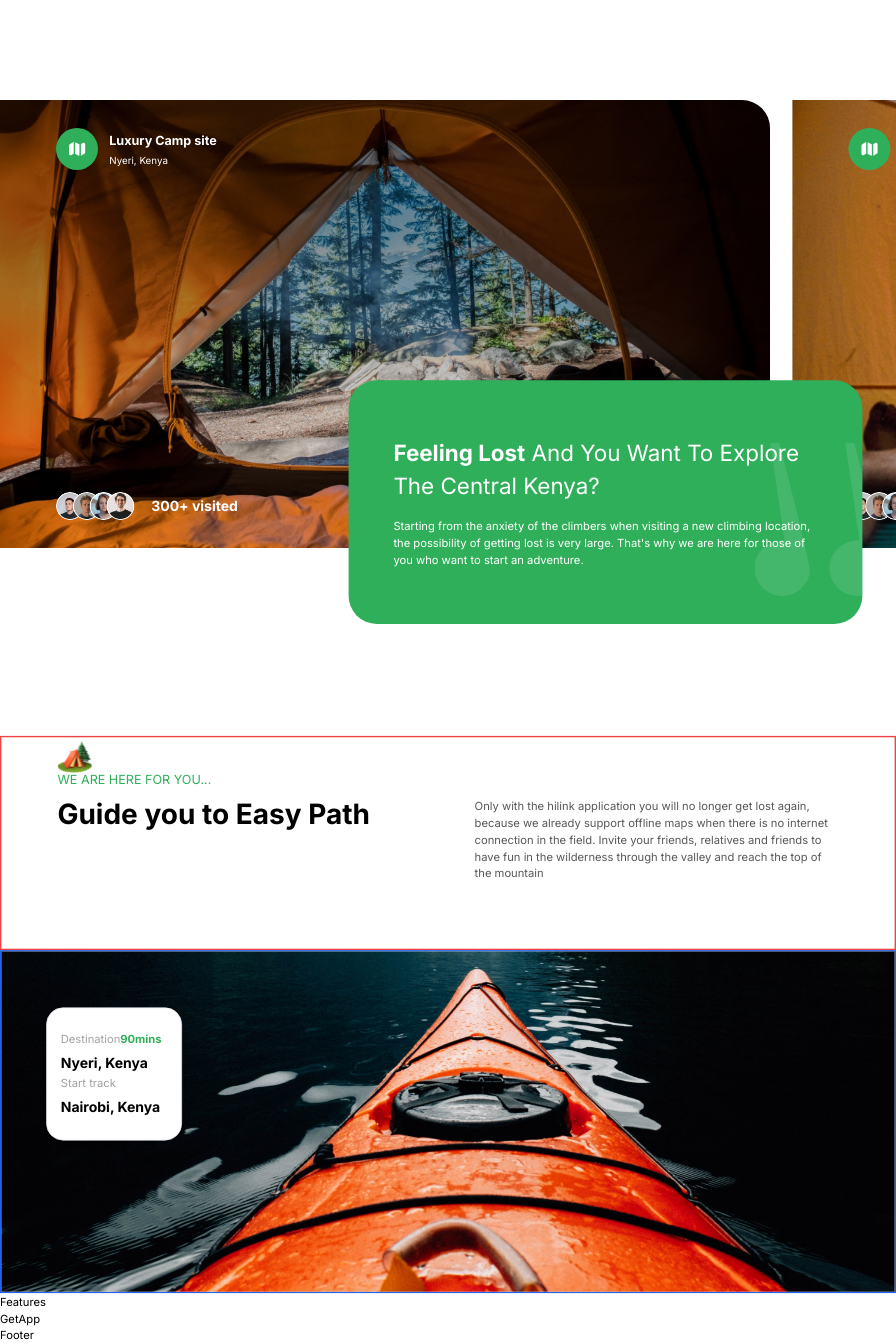
Repository: martin-raphael/travel_agency
Page: /
An editor plug-in stored every save of this project. The page is shown before and after the next save, followed by the edit.
The browser window is 1280 px wide. The pictures show the part of the page from y = 775 to 2695 px (the page is 2695 px tall), at 70% of full size.
The project was rebuilt for these pictures with package versions that can differ from the ones it lists, and the page was loaded fresh each time. The framework's server and built-in components were replaced by stand-ins that run in the browser. Also part of the build but not shown: next.config.mjs.

Above is the page before, as saved 2024-08-09 00:28:44.

After the next save:
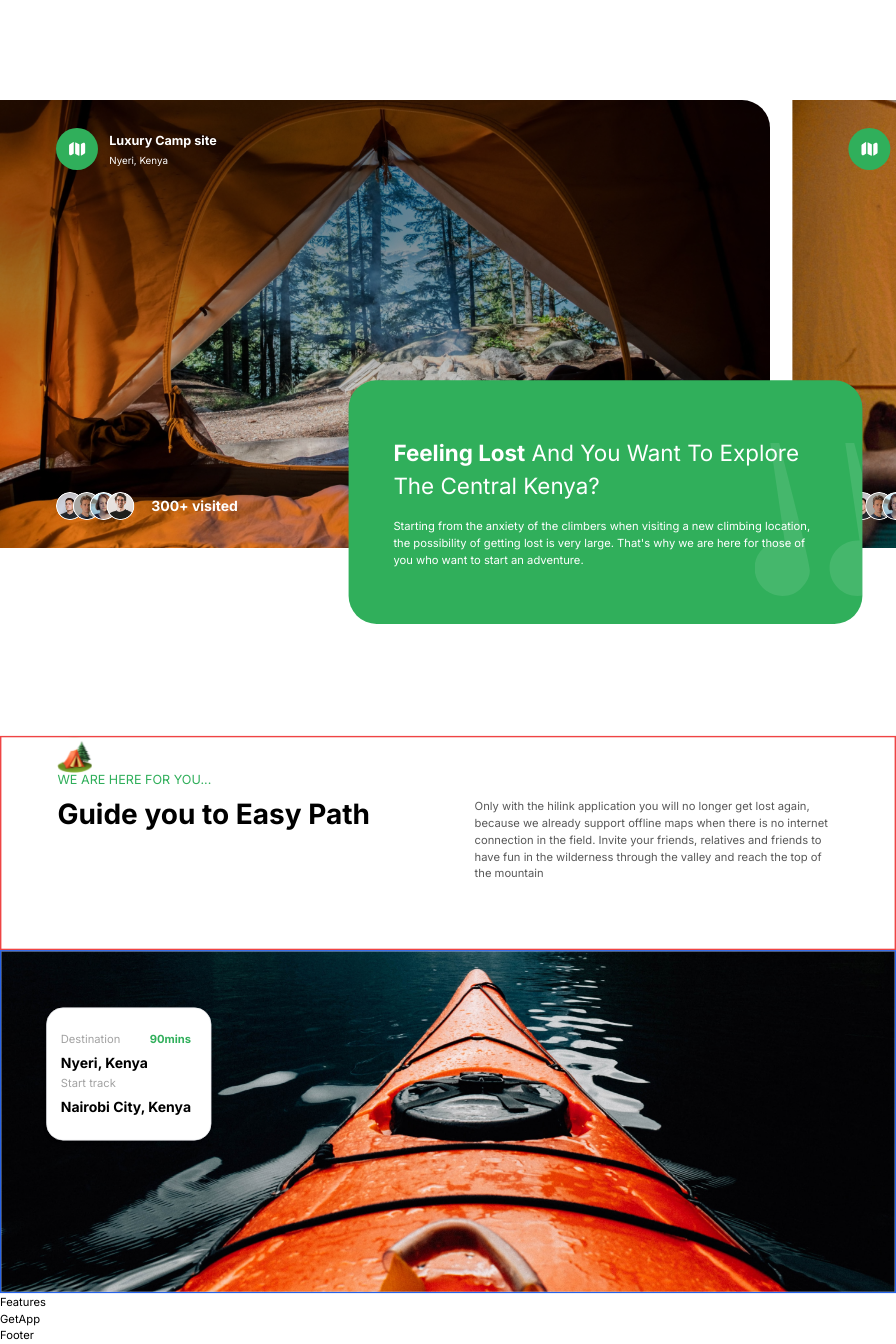
Saved 34 s later.
--- a/components/Guide.tsx
+++ b/components/Guide.tsx
@@ -43,7 +43,7 @@ const Guide = () => {
               </div>
               <div className="flex w-full flex-col">
                   <p className="regular-16 text-gray-20">Start track </p>
-                  <h4 className="bold-20 mt-2 whitespace-nowrap"> Nairobi, Kenya</h4>
+                  <h4 className="bold-20 mt-2 whitespace-nowrap"> Nairobi City, Kenya</h4>
               </div>
           </div>
 
